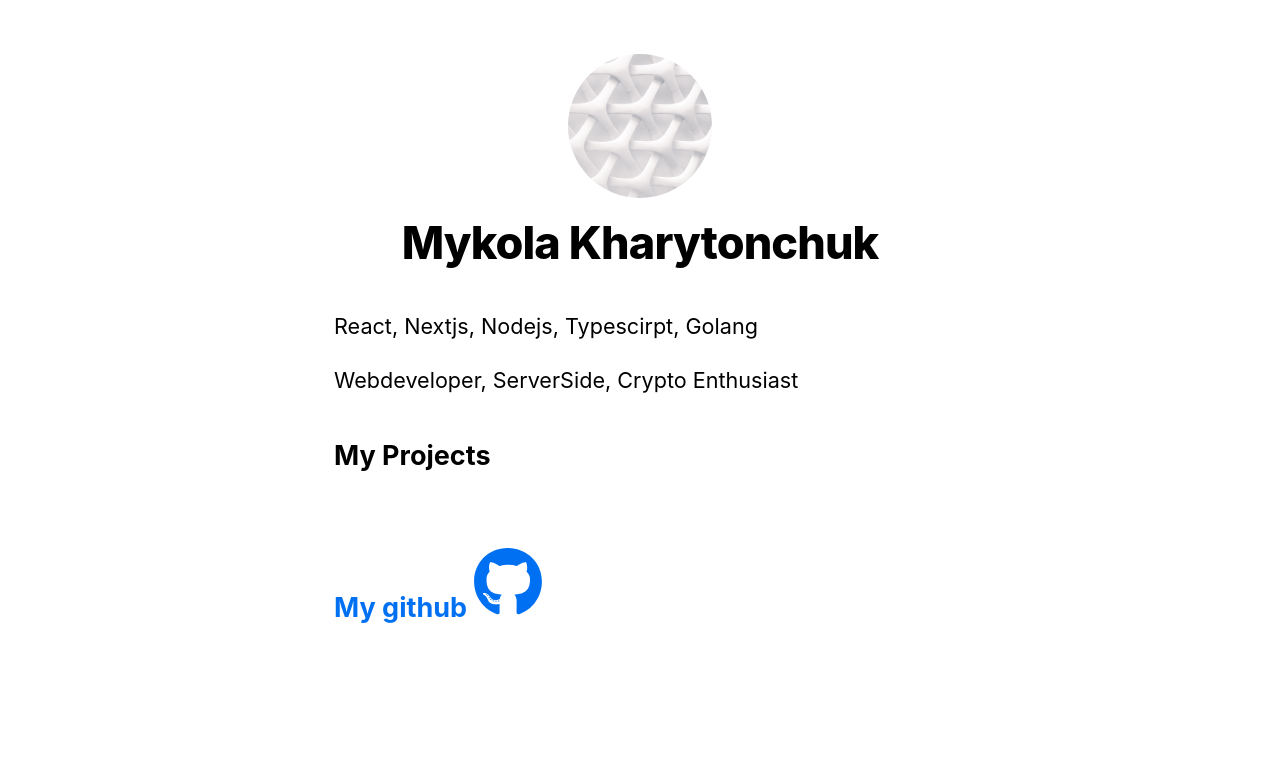
Repository: Mooninghnk/resume
Page: /
The author's editor kept a copy of each file at every save. The page is drawn from the files as they stood at one save, then again after the next save.
The browser window is 1280 px wide. The pictures show the whole page.
The project was rebuilt for these pictures with package versions that can differ from the ones it lists, and the page was loaded fresh each time. The framework's server and built-in components were replaced by stand-ins that run in the browser.

Above is the page before, as saved 2021-12-29 20:59:13.

### pages/_app.tsx
import '../styles/global.css'

import { AppProps } from 'next/app'

function App({ Component, pageProps }: AppProps) {
  return <Component {...pageProps} />
}

export default App

### pages/index.tsx
import Head from "next/head";
import Layout from "../components/layout";
import utilStyles from "../styles/utils.module.css";

import { FaGithub } from "react-icons/fa";
import Link from "next/link";
export default function Home({ allPostsData }) {
  return (
    <Layout home>
      <Head>
        <title>{"resume"}</title>
      </Head>
      <section className={utilStyles.headingMd}>
        <p>React, Nextjs, Nodejs, Typescirpt, Golang</p>
        <p>Webdeveloper, ServerSide, Crypto Enthusiast </p>
      </section>
      <section className={`${utilStyles.headingMd} ${utilStyles.padding1px}`}>
        <h2 className={utilStyles.headingLg}>My Projects</h2>
        <ul className={utilStyles.list}>
          <li className={utilStyles.listItem}>
            <br />
            <small style={{display: "inline-flex", alignItems: "center"}} className={utilStyles.lightText}>
              <Link href={"https://github.com/Mooninghnk"}>
                <h2>
                  {" "}
                   My github <FaGithub size={70} />{" "}

                </h2>
              </Link>
            </small>
          </li>
        </ul>
      </section>
    </Layout>
  );
}

### components/layout.tsx
import Head from 'next/head'
import Image from 'next/image'
import styles from './layout.module.css'
import utilStyles from '../styles/utils.module.css'
import Link from 'next/link'

const name = '[Your Name]'
export const siteTitle = 'Next.js Sample Website'

export default function Layout({ children, home }) {
  return (
    <div className={styles.container}>
      <Head>
        <link rel="icon" href="/favicon.ico" />
        <meta
          name="description"
          content="Learn how to build a personal website using Next.js"
        />
        <meta
          property="og:image"
          content={`https://og-image.vercel.app/${encodeURI(
            siteTitle
          )}.png?theme=light&md=0&fontSize=75px&images=https%3A%2F%2Fassets.zeit.co%2Fimage%2Fupload%2Ffront%2Fassets%2Fdesign%2Fnextjs-black-logo.svg`}
        />
        <meta name="og:title" content={siteTitle} />
        <meta name="twitter:card" content="summary_large_image" />
      </Head>
      <header className={styles.header}>
        {home ? (
          <>
            <Image
              priority
              src="/images/profile.jpg"
              className={utilStyles.borderCircle}
              height={144}
              width={144}
              alt={name}
            />
            <h1 className={utilStyles.heading2Xl}>{"Mykola Kharytonchuk"}</h1>
          </>
        ) : (
          <>
            <Link href="/">
              <a>
                <Image
                  priority
                  src="/images/profile.jpg"
                  className={utilStyles.borderCircle}
                  height={108}
                  width={108}
                  alt={name}
                />
              </a>
            </Link>
            <h2 className={utilStyles.headingLg}>
              <Link href="/">
                <a className={utilStyles.colorInherit}>{name}</a>
              </Link>
            </h2>
          </>
        )}
      </header>
      <main>{children}</main>
      {!home && (
        <div className={styles.backToHome}>
          <Link href="/">
            <a>← Back to home</a>
          </Link>
        </div>
      )}
    </div>
  )
}

Loaded but not shown: styles/global.css (common file); styles/utils.module.css (common file); components/layout.module.css (common file)

After the next save:
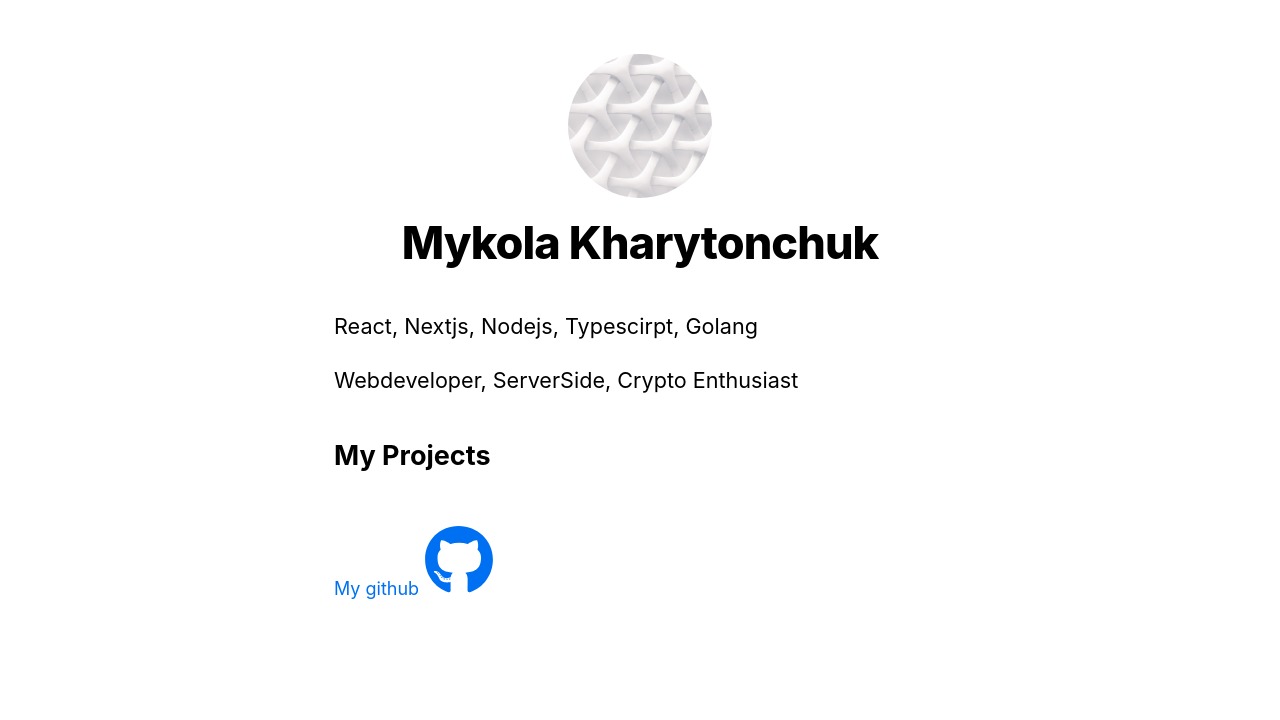
Saved 17 s later.
--- a/pages/index.tsx
+++ b/pages/index.tsx
@@ -21,11 +21,10 @@ export default function Home({ allPostsData }) {
             <br />
             <small style={{display: "inline-flex", alignItems: "center"}} className={utilStyles.lightText}>
               <Link href={"https://github.com/Mooninghnk"}>
-                <h2>
-                  {" "}
+
                    My github <FaGithub size={70} />{" "}
 
-                </h2>
+
               </Link>
             </small>
           </li>
